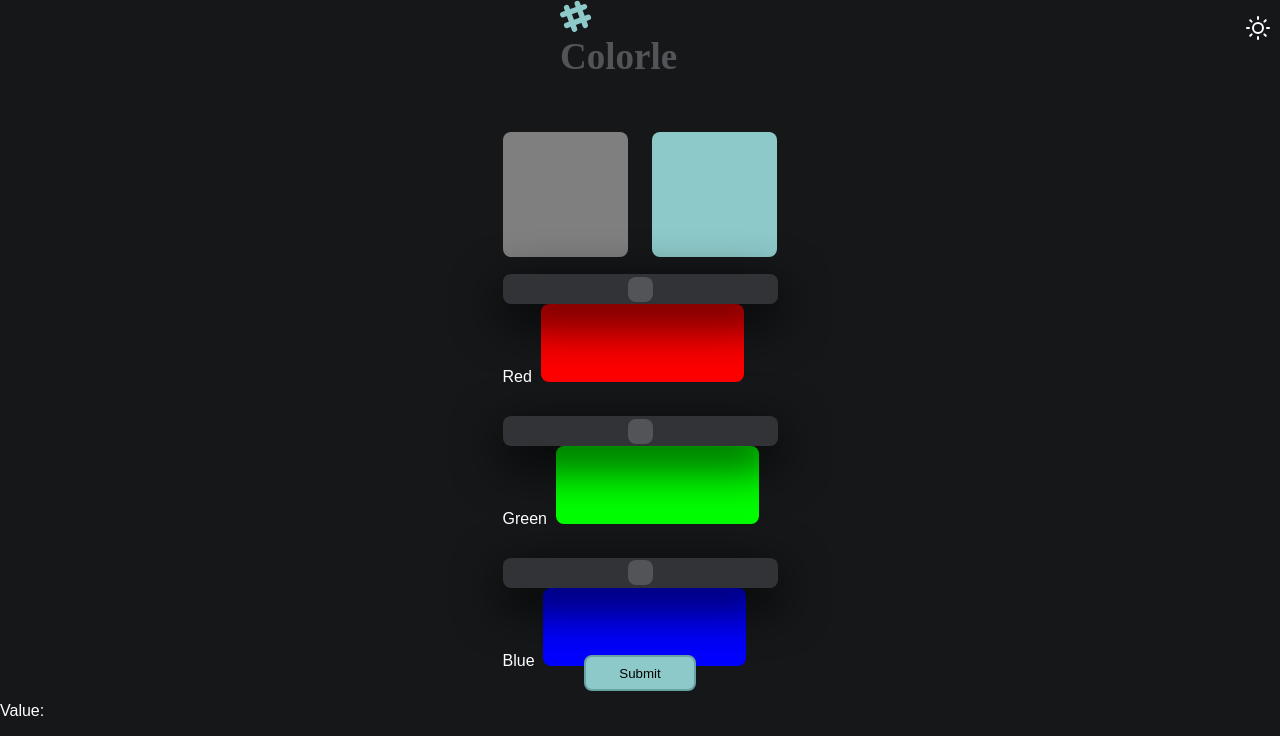
Repository: Artem-Melnik/Colorle
Page: index.html
The author's editor kept a copy of each file at every save. The page is drawn from the files as they stood at one save, then again after the next save.
The browser window is 1280 px wide. The pictures show the whole page.

Above is the page before, as saved 2022-05-14 22:00:54.

### index.html
<!-- TODO: Change text/icon color -->
<!-- TODO: Represent guess correctness using Linear-style icons -->
<!-- TODO: Replace Colorle text logo with SVG/image due to font problems -->
<!-- TODO: Add textboxes where player can enter exact RGB values -->
<!DOCTYPE html>
<html>
  <head>
    <title>Parcel Sandbox</title>
    <link rel="stylesheet" href="styles.css">
    <meta charset="UTF-8" />
    <meta name="viewport" content="width=device-width" />
  </head>

  <script
    src="https://ajax.googleapis.com/ajax/libs/jquery/3.6.0/jquery.min.js"
    type="text/javascript"
  ></script>
  <script
    src="https://ajax.googleapis.com/ajax/libs/jqueryui/1.13.1/jquery-ui.min.js"
    type="text/javascript"
  ></script>
  <!-- Host feather icons locally and remove CDN? -->
  <script src="https://unpkg.com/feather-icons"></script>
  <script>
      feather.replace();
    </script>
  <script type="module" src="index.js" type="text/javascript"></script>

  <body>
    <div id="app"></div>
    <div class="topBar">
      <div id="header">
        <img id="logo" src="assets/logo.svg">
        <p id="title">Colorle</p>
      </div>
      <p>
        <button type="button" id="themeToggle">
          <img src="assets/sun-icon.svg">
          <!-- <i id="themeIcon" data-feather="sun"></i> -->
        </button>
      </p>
    </div>

    <div id="topColors">
      <div id="previewAll"></div>
      <div id="correctColor"></div>
    </div>
    <div id="redContainer">
      <input
        type="range"
        min="0"
        max="255"
        value="128"
        class="slider"
        id="sliderRed"
      />
      <p class="currentColor" id="currentRed">Red</p>
      <p class="rating" id="ratingRed"></p>
      <div id="previewRed"></div>
    </div>
    <div id="greenContainer">
      <input
        type="range"
        min="0"
        max="255"
        value="128"
        class="slider"
        id="sliderGreen"
      />
      <p class="currentColor" id="currentGreen">Green</p>
      <p class="rating" id="ratingGreen"></p>
      <div id="previewGreen"></div>
    </div>
    <div id="blueContainer">
      <input
        type="range"
        min="0"
        max="255"
        value="128"
        class="slider"
        id="sliderBlue"
      />
      <p class="currentColor" id="currentBlue">Blue</p>
      <p class="rating" id="ratingBlue"></p>
      <div id="previewBlue"></div>
    </div>
    <div class="guessText">
      <p>Value: <span id="guessColor"></span></p>
    </div>
    <div class="buttonContainer">
      <button type="button" id="submitButton">Submit</button>
    </div>
  </body>
</html>

### styles.css
body {
  font-family: sans-serif;
  margin: 0;
  background: #151718;
  color: #ffffff;
}

.lightTheme {
  background: #ffffff;
  color: #151718;
}

/* Changes the correctColor gradient to dark/black */
/* .correctColorDark {
  background-image: linear-gradient(
    to bottom,
    rgba(0, 0, 0, 0),
    rgba(0, 0, 0, 1) 100%
  ) !important;
} */

#header {
  display: block;
  position: relative;
  margin-left: auto;
  margin-right: auto;
  margin-bottom: 7%;
  width: 160px;
  height: 42px;
  align-items: center;
}

#logo {
  position: relative;
  justify-content: center;
  /* align-items: center; */
  margin-right: 10px;
  width: 32px;
  height: 32px;
}

#title {
  font-family: "Asap";
  font-style: normal;
  font-weight: 700;
  font-size: 37px;
  line-height: 42px;
  display: inline-block;
  /* align-items: center; */
  /* text-align: center; */
  color: #535458;
  margin: 0px;
}

#themeToggle {
  width: 25px;
  height: 25px;
  position: absolute;
  right: 15px;
  top: 15px;
  color: grey;
  background: none;
  border: none;
  transform: scale(1);
  transition: all 0.5s;
}

#themeToggle:hover {
  transform: scale(1.2);
}

#themeIcon {
  color: grey;
  width: 25px;
  height: 25px;
  transform: scale(1);
  transition: all 0.5s;
}

#themeIcon.animate {
  color: grey;
  transform: scale(0);
}

.transform-active {
  /* background-color: blue;
  animation-name: darkToLight;
  animation-duration: 1s; */
  color: #151718;
}

.transform {
  -webkit-transition: all 2s ease;
  -moz-transition: all 2s ease;
  -o-transition: all 2s ease;
  -ms-transition: all 2s ease;
  transition: all 2s ease;
}

/* @keyframes darkTolight {
  0% {
    color: #ffffff;
  }
  100% {
    color: #151718;
  }
} */

/* #previewId {
  width: 100px;
  height: 100px;
  background-color: var(color);
  border: solid black;
} */

/* correctColor gradient */
/* #correctColor {
  position: absolute;
  top: 0px;
  width: 100%;
  height: 25%;
  background-color: var(color);
  margin: auto;
  background-image: linear-gradient(
    to bottom,
    rgba(255, 255, 255, 0),
    rgba(255, 255, 255, 1) 100%
  );
  z-index: -1;
} */

#topColors {
  width: 275px;
  margin: auto;
}

#correctColor {
  display: inline-block;
  position: relative;
  width: 125px;
  height: 125px;
  border-radius: 8px;
  margin-left: 10px;
}

#previewAll {
  background-color: rgb(127, 127, 127);
  display: inline-block;
  position: relative;
  width: 125px;
  height: 125px;
  border-radius: 8px;
  order: 1;
  margin-right: 10px;
}

#redContainer,
#greenContainer,
#blueContainer {
  display: auto;
  justify-content: center;
  margin: auto;
  width: 275px;
}

#sliderRed,
#sliderGreen,
#sliderBlue {
  display: block;
  -webkit-appearance: none;
  -moz-appearance: none;
  appearance: none;
  background: #323337;
  width: 275px;
  height: 30px;
  top: 100px;
  border-radius: 8px;
  margin: auto;
  margin-top: 5%;
  filter: drop-shadow(0px 15px 25px #000000);
}

#sliderRed::-webkit-slider-thumb,
#sliderGreen::-webkit-slider-thumb,
#sliderBlue::-webkit-slider-thumb {
  -webkit-appearance: none;
  appearance: none;
  width: 25px;
  height: 25px;
  background: #535458;
  cursor: pointer;
  border-radius: 8px;
}

#currentRed,
#currentGreen,
#currentBlue,
#ratingRed,
#ratingGreen,
#ratingBlue {
  display: inline-block;
  position: relative;
}

#previewRed,
#previewGreen,
#previewBlue {
  display: inline-block;
  position: relative;
  width: 203px;
  height: 78px;
  /* background-color: var(color); */
  /* border: solid black; */
  border-radius: 8px;
  margin: auto;
  z-index: -1;
}

#previewRed {
  background-color: rgb(255, 0, 0);
}

#previewGreen {
  background-color: rgb(0, 255, 0);
}

#previewBlue {
  background-color: rgb(0, 0, 255);
}

.buttonContainer {
  display: flex;
  justify-content: center;
}

#submitButton {
  position: fixed;
  width: 112px;
  height: 36px;
  bottom: 4%;
  border: 2px solid;
  border-radius: 8px;
  transition: all 0.3s ease 0s;
}

#submitButton:hover {
  position: fixed;
  width: 112px;
  height: 36px;
  bottom: 4%;
  border: 2px solid;
  border-radius: 8px;
  filter: drop-shadow(0px 10px 15px #8dc9c980);
  transform: translateY(-5px);
}

#submitButton:active {
  position: fixed;
  width: 112px;
  height: 36px;
  bottom: 4%;
  border: 2px solid;
  border-radius: 8px;
  filter: drop-shadow(0px 10px 15px #8dc9c980);
  transform: translateY(-1px);
}

### index.js
// document.getElementById("sliderRange").innerHTML = `
// <div class="slidercontainer"></div>
// `;
// var root = document.querySelector(":root");
// var slider = document.getElementById("sliderRange");
// // Change "demo" to something else?
// var sliderRange = document.getElementById("demo");
// sliderRange.innerHTML = slider.value;
let correctRed = 141;
let correctGreen = 201;
let correctBlue = 201;

let red;
let green;
let blue;
// TODO: Split correctRGB into 3 seperate colors
let correctRgb =
  "rgb(" + correctRed + ", " + correctGreen + ", " + correctBlue + ")";

function changeColor() {
  red = document.getElementById("sliderRed").value;
  green = document.getElementById("sliderGreen").value;
  blue = document.getElementById("sliderBlue").value;

  document.getElementById("previewRed").style.backgroundColor =
    "rgb(" + red + ", 0, 0)";
  document.getElementById("previewGreen").style.backgroundColor =
    "rgb(0," + green + ", 0)";
  document.getElementById("previewBlue").style.backgroundColor =
    "rgb(0, 0," + blue + ")";

  document.getElementById("currentRed").textContent = red;
  document.getElementById("currentGreen").textContent = green;
  document.getElementById("currentBlue").textContent = blue;
}

// Shows guess color when submit button is clicked
// Also checks how close the guess is to the correct color
function onSubmit() {
  document.getElementById("previewAll").style.backgroundColor =
    "rgb(" + red + ", " + green + ", " + blue + ")";
  document.getElementById("guessColor").textContent =
    "rgb(" + red + ", " + green + ", " + blue + ")";

  // TODO: Optimize code for red, green, and blue checks
  // Check if red guess is correct
if (red == correctRed) {
  document.getElementById('ratingRed').innerText = "SS";
} else if ((red > correctRed - 6) && (red < correctRed + 6)) {
  document.getElementById('ratingRed').innerText = "S";
} else if ((red > correctRed - 12) && (red < correctRed + 12)) {
  document.getElementById('ratingRed').innerText = "A";
} else if ((red > correctRed - 24) && (red < correctRed + 24)) {
  document.getElementById('ratingRed').innerText = "B";
} else if ((red > correctRed - 48) && (red < correctRed + 48)) {
  document.getElementById('ratingRed').innerText = "C";
} else {
  document.getElementById('ratingRed').innerText = "D";
}

  // Does same thing as red check but for green
if (green == correctGreen) {
  document.getElementById('ratingGreen').innerText = "SS";
} else if ((green > correctGreen - 6) && (green < correctGreen + 6)) {
  document.getElementById('ratingGreen').innerText = "S";
} else if ((green > correctGreen - 12) && (green < correctGreen + 12)) {
  document.getElementById('ratingGreen').innerText = "A";
} else if ((green > correctGreen - 24) && (green < correctGreen + 24)) {
  document.getElementById('ratingGreen').innerText = "B";
} else if ((green > correctGreen - 48) && (green < correctGreen + 48)) {
  document.getElementById('ratingGreen').innerText = "C";
} else {
  document.getElementById('ratingGreen').innerText = "D";
}

  // Does same thing as red check but for blue
if (blue == correctBlue) {
  document.getElementById('ratingBlue').innerText = "SS";
} else if ((blue > correctBlue - 6) && (blue < correctBlue + 6)) {
  document.getElementById('ratingBlue').innerText = "S";
} else if ((blue > correctBlue - 12) && (blue < correctBlue + 12)) {
  document.getElementById('ratingBlue').innerText = "A";
} else if ((blue > correctBlue - 24) && (blue < correctBlue + 24)) {
  document.getElementById('ratingBlue').innerText = "B";
} else if ((blue > correctBlue - 48) && (blue < correctBlue + 48)) {
  document.getElementById('ratingBlue').innerText = "C";
} else {
  document.getElementById('ratingBlue').innerText = "D";
}

  // if ("rgb(" + red + "," + green + "," + blue + ")" === "rgb(141,201,201)") {
  //   alert("Correct!");
  // }
}

$("#themeToggle").click(function () {
  $("#themeIcon").toggleClass("animate");
});

function themeSwitch() {
  document.body.classList.toggle("lightTheme");
  document.getElementById("correctColor").classList.toggle("correctColorDark");
}

document.getElementById("correctColor").style.backgroundColor = correctRgb;
document.getElementById("submitButton").style.backgroundColor = correctRgb;
document.getElementById("submitButton").style.borderColor =
  "rgb(" +
  (correctRed - 38) +
  ", " +
  (correctGreen - 38) +
  ", " +
  (correctBlue - 38) +
  ")";

document.getElementById("sliderRed").addEventListener("input", changeColor);
document.getElementById("sliderGreen").addEventListener("input", changeColor);
document.getElementById("sliderBlue").addEventListener("input", changeColor);
document.getElementById("submitButton").addEventListener("click", onSubmit);
document.getElementById("themeToggle").addEventListener("click", themeSwitch);

// Plugs in sliderRange for green in RGB
// Outputs the value of the slider
// slider.oninput = function () {
//   sliderRange.innerHTML = this.value;
//   root.style.setProperty("--green", sliderRange);
//   alert(sliderRange);
// };

After the next save:
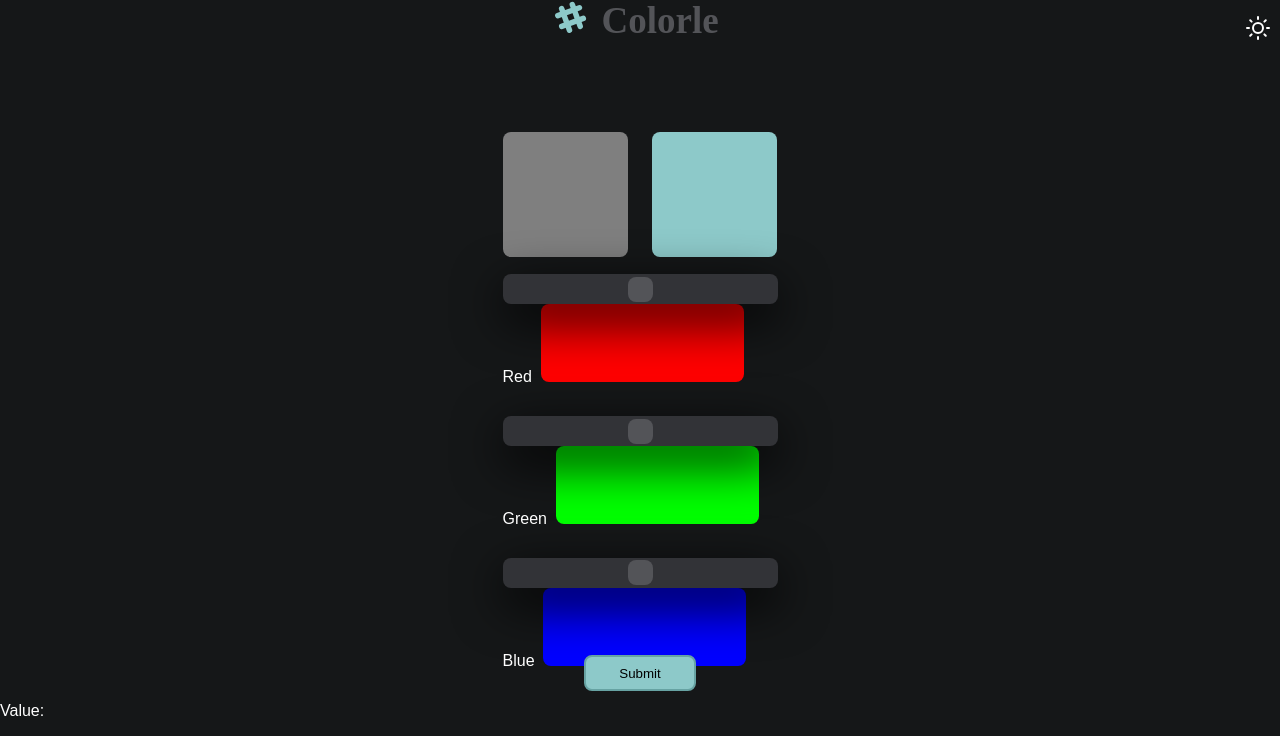
Saved 13 s later.
--- a/styles.css
+++ b/styles.css
@@ -25,7 +25,7 @@
   margin-left: auto;
   margin-right: auto;
   margin-bottom: 7%;
-  width: 160px;
+  width: 170px;
   height: 42px;
   align-items: center;
 }
